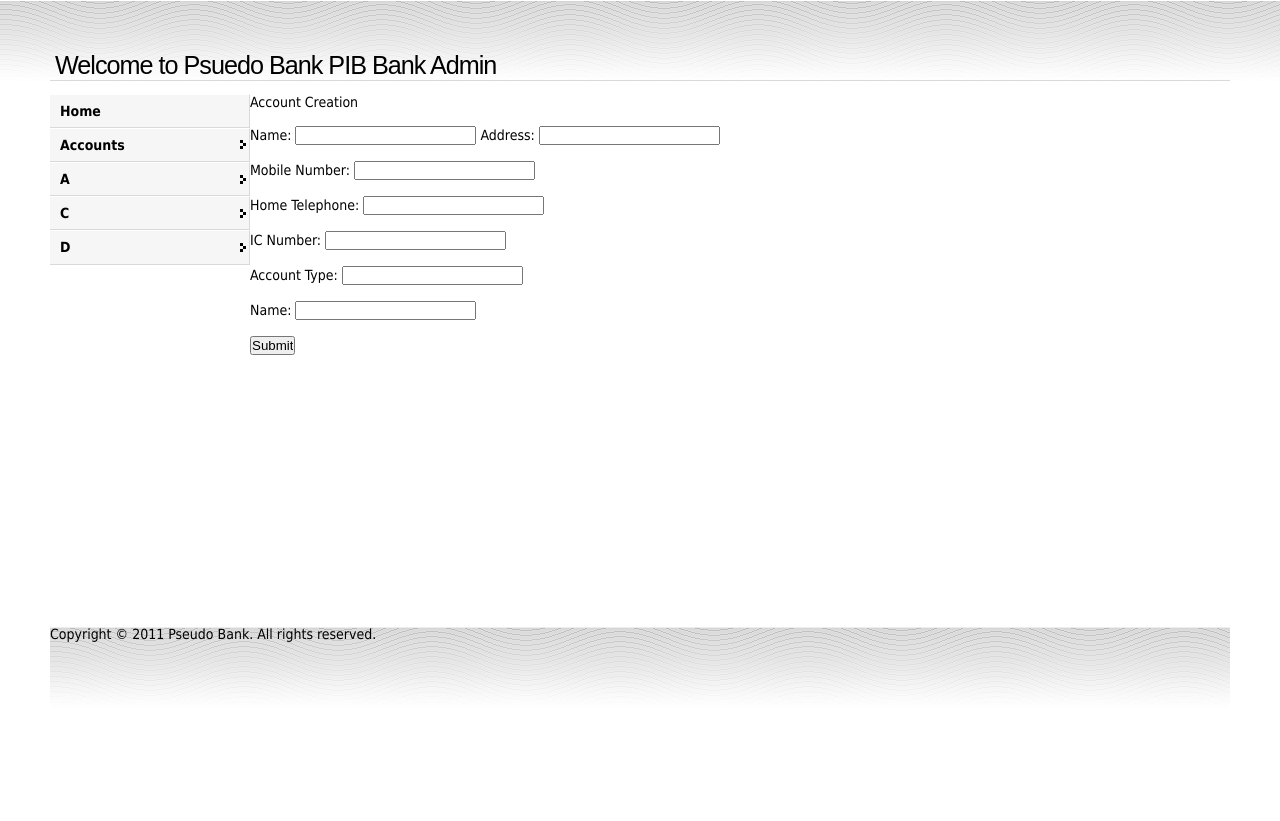
Repository: hareth12/Final-Year-Project
Page: http://localhost/bankAdmin/Account/accountCreation1.jsp
These files come from the project's save history. The page is drawn as it stood at one moment and after the next save; the edit follows.
The browser window is 1280 px wide. The pictures show the whole page.
The page is served by Tomcat 9. Other server files are loaded and not shown.

Above is the page before, as saved 2011-09-30 02:06:39.

### bankAdmin/WebContent/Account/accountCreation1.jsp
<!DOCTYPE html PUBLIC "-//W3C//DTD XHTML 1.0 Transitional//EN" "http://www.w3.org/TR/xhtml1/DTD/xhtml1-transitional.dtd">
<html xmlns="http://www.w3.org/1999/xhtml" xml:lang="en" lang="en">
<head>
<title>Psuedo Bank Personal Internal Banking</title>
<meta http-equiv="Content-Type" content="text/html; charset=utf-8" />
<meta name="author" content="Tom@Lwis (http://www.lwis.net/free-css-drop-down-menu/)" />
<meta name="keywords" content="css, dropdowns, dropdown menu, drop-down, menu, navigation, nav, horizontal, vertical left-to-right, vertical right-to-left, horizontal linear, horizontal upwards, cross browser, internet explorer, ie, firefox, safari, opera, browser, lwis" />
<meta name="description" content="Simple vertical left-to-right direction css drop-down menu demo using clean, standards-friendly, free, easy, cross browser framework for css drop-down menus" />
<link href="/pib/asset/secured/helper.css" media="screen" rel="stylesheet" type="text/css" />

<style type="text/css">

/* Layout */
@import "/pib/asset/secured/dropdown.css";
@import "/pib/asset/secured/dropdown.vertical.css";

/* Theme */
@import "/pib/asset/secured/default.css";

</style>


</head>
<body>
<div id="wrap">  <!-- This wrap div needs to encompass everything except the footer div at bottom -->
<h1>Welcome to Psuedo Bank PIB Bank Admin</h1>

<ul id="nav" class="dropdown dropdown-vertical">
    <li><a href="#">Home</a></li>
    <li class="dir">Accounts
        <ul>
            <li><a href="/bankAdmin/AccountCreation">Accounts Creation</a></li>
            <li><a href="#">Accounts Enquiry</a></li>
                <ul>
                    <li><a href="./">1</a></li>
                    <li><a href="./">2</a></li>
                    <li><a href="./">3</a></li>
                    <li><a href="./">4</a></li>
                    <li><a href="./">5</a></li>
                </ul>
            </li>
        </ul>
    </li>
    <li class="dir">A
        <ul>
            <li><a href="#">1</a></li>
            <li><a href="#">2</a></li>
            <li><a href="#">3</a></li>
        </ul>
    </li>
    <li class="dir">C
        <ul>
            <li><a href="./">1</a></li>
            <li><a href="./">2</a></li>
            <li><a href="./">3</a></li>
        </ul>
    </li>
    <li class="dir">D</a>
        <ul>
            <li><a href="./">1</a></li>
        </ul>
    </li>
</ul>
	<div id="main">
	Account Creation
	<br></br>

		<form name="input" action="html_form_action.asp" method="get">

		Name: <input type="text" name="user" />
		Address: <input type="text" name="user" /> <br></br>
		Mobile Number: <input type="text" name="user" /> <br></br>
		Home Telephone: <input type="text" name="user" /> <br></br>
		IC Number: <input type="text" name="user" /> <br></br>

		Account Type: <input type="text" name="user" /> <br></br>
		Name: <input type="text" name="user" /> <br></br>
		<input type="submit" value="Submit" />
		</td>
		</form>




	</div>

</div>

<div class="footer">
	<div id="foot"> <!-- this extra div is just centering the fixed width area of the footer content -->

    <p>Copyright &copy; 2011 Pseudo Bank. All rights reserved.</p>
    </div>
</div>

</body>


</html>

### bankAdmin/WebContent/asset/secured/helper.css

* {
 margin: 0;
 padding: 0;
}

body {
 padding: 50px;
 border-top: solid 1px #fff;
 background: #fff url(images/pattern1.png) 0 0 repeat-x;
 font: 14px/normal Tahoma, Arial, Helvetica, sans-serif;
}

html, body{height: 100%;}

#wrap {min-height: 80%;}

#main {overflow:auto;
    padding-bottom: 20%;}  /* must be same height as the footer */

footer {

 position: relative;
 margin-top: -20%;
 height: 20%;
 clear:both;
 text-align: center;
 width:100%;
}

/* Footer */
#footer {background: #444444 url('images/footer.gif') repeat-x;color:#ffffff;font-size:11px;font-family:Verdana, Arial, sans-serif}
#footer2 {background-color: #444444;color:#ffffff;font-size:11px;font-family:Verdana, Arial, sans-serif;height:140px}
#footer a, #footer2 a {color:#ffffff;text-decoration:underline}
#footer a:hover, #footer2 a:hover {color:#804249;text-decoration:underline}
#footer a:visited, #footer2 a:visited  {color:#ffffff;text-decoration:underline}
#footer p, #footer2 p {margin:0 0 15px 0}
#footer p.axe img, #footer2 p.axe img {margin-bottom:-7px}
#foot {width:100%;margin:0 auto;background: url('images/pattern1.png') repeat-x;height:140px;line-height:1.1em;padding: 0;}
#foot2 {width:800px;margin:0 auto;height:140px;line-height:1.1em;padding:0 10px 0 10px}
#foot #left {width:400px;float:left;padding-top:72px}
#foot #right {width:250px;float:right;text-align:right;padding-top:72px}
#foot2 #left {width:450px;float:left;padding-top:45px}
#foot2 #right {width:250px;float:right;text-align:right;padding-top:45px}

.clearfix:after {content: ".";display: block;height: 0;clear: both;visibility: hidden}
.clearfix {display: inline-block}
* html .clearfix {height: 1%}
.clearfix {display: block}


p { margin-bottom: 1em; }

ul.classic {
 list-style: disc;
 margin-bottom: 1em;
 padding-left: 2em;
}

h1,h2,h3 {
 margin-bottom: .5em;
 font-family: Arial, Helvetica, sans-serif;
 line-height: normal;
}

h1 {
 border-bottom: solid 1px #d9d9d9;
 font-weight: normal;
 font-size: 180%;
 text-indent: 5px;
 letter-spacing: -1px;
}

.dropdown-upward {
 margin-top: 400px !important;
}

### bankAdmin/WebContent/asset/secured/dropdown.css
@charset "UTF-8";

/**
 * Horizontal CSS Drop-Down Menu Module
 *
 * @file        dropdown.css
 * @package     Dropdown
 * @version     0.7.1
 * @type        Transitional
 * @stacks      597-599
 * @browsers    Windows: IE6+, Opera7+, Firefox1+
 *              Mac OS: Safari2+, Firefox2+
 *
 * @link        http://www.lwis.net/
 * @copyright   2006-2008 Live Web Institute. All Rights Reserved.
 *
 */

ul.dropdown,
ul.dropdown li,
ul.dropdown ul {
 list-style: none;
 margin: 0;
 padding: 0;
}

ul.dropdown {
 position: relative;
 z-index: 597;
 float: left;
}

ul.dropdown li {
 float: left;
 line-height: 1.3em;
 vertical-align: middle;
 zoom: 1;
}

ul.dropdown li.hover,
ul.dropdown li:hover {
 position: relative;
 z-index: 599;
 cursor: default;
}

ul.dropdown ul {
 visibility: hidden;
 position: absolute;
 top: 100%;
 left: 0;
 z-index: 598;
 width: 100%;
}

ul.dropdown ul li {
 float: none;
}

ul.dropdown ul ul {
 top: 1px;
 left: 99%;
}

ul.dropdown li:hover > ul {
 visibility: visible;
}

### bankAdmin/WebContent/asset/secured/dropdown.vertical.css
@charset "UTF-8";

/**
 * Vertical Left-to-Right Direction CSS Drop-Down Menu Component
 *
 * @file		dropdown.vertical.css
 * @package		Dropdown
 * @version		0.3
 * @type		Transitional
 * @requires	dropdown.css
 * @browsers	Windows: IE5+, Opera7+, Firefox1+
 *				Mac OS: Safari2+, Firefox2+
 *
 * @link		http://www.lwis.net/
 * @copyright	2006-2008 Live Web Institute. All Rights Reserved.
 *
 */

@import "dropdown.css";

ul.dropdown-vertical {
 width: 200px;
}

ul.dropdown-vertical ul {
 top: 1px;
 left: 99%;
}

ul.dropdown-vertical li {
 float: none;
}

### bankAdmin/WebContent/asset/secured/default.css
@charset "UTF-8";

/**
 * Default CSS Drop-Down Menu Theme
 *
 * @file		default.css
 * @name		Default
 * @version		0.1.1
 * @type		transitional
 * @browsers	Windows: IE5+, Opera7+, Firefox1+
 *				Mac OS: Safari2+, Firefox2+
 *
 * @link		http://www.lwis.net/
 * @copyright	2008 Live Web Institute. All Rights Reserved.
 *
 * Module Classes: *.dir {} *.on {} *.open {} li.hover {} li.first {} li.last {}
 * Expected directory tag - li
 *
 */


/*-------------------------------------------------/
 * @section		Base Drop-Down Styling
 * @structure	ul (unordered list)
 *				ul li (list item)
 *				ul li a (links)
 *				/*\.class|(li|a):hover/
 * @level sep	ul
 */


ul.dropdown {
 font-weight: bold;
}

	ul.dropdown li {
	 padding: 7px 10px;
	 border-style: solid;
	 border-width: 1px 1px 1px 0;
	 border-color: #fff #d9d9d9 #d9d9d9;
	 background-color: #f6f6f6;
	 color: #000;
	}

	ul.dropdown li.hover,
	ul.dropdown li:hover {
	 background-color: #eee;
	 color: #000;
	}

	ul.dropdown a:link,
	ul.dropdown a:visited	{ color: #000; text-decoration: none; }
	ul.dropdown a:hover		{ color: #000; }
	ul.dropdown a:active	{ color: #ffa500; }


	/* -- level mark -- */

	ul.dropdown ul {
	 width: 150px;
	 margin-top: 1px;
	}

		ul.dropdown ul li {
		 font-weight: normal;
		}



/*-------------------------------------------------/
 * @section		Support Class `dir`
 * @level sep	ul, .class
 */


ul.dropdown *.dir {
 padding-right: 20px;
 background-image: url(../secured/images/nav-arrow-down.png);
 background-position: 100% 50%;
 background-repeat: no-repeat;
}


/* -- Components override -- */

ul.dropdown-horizontal ul *.dir {
 padding-right: 15px;
 background-image: url(../secured/images/nav-arrow-right.png);
 background-position: 100% 50%;
 background-repeat: no-repeat;
}

ul.dropdown-upward *.dir {
 background-image: url(../secured/images/nav-arrow-top.png);
}

ul.dropdown-vertical *.dir,
ul.dropdown-upward ul *.dir {
 background-image: url(../secured/images/nav-arrow-right.png);
}

ul.dropdown-vertical-rtl *.dir {
 padding-right: 10px;
 padding-left: 15px;
 background-image: url(../secured/images/nav-arrow-left.png);
 background-position: 0 50%;
}

After the next save:
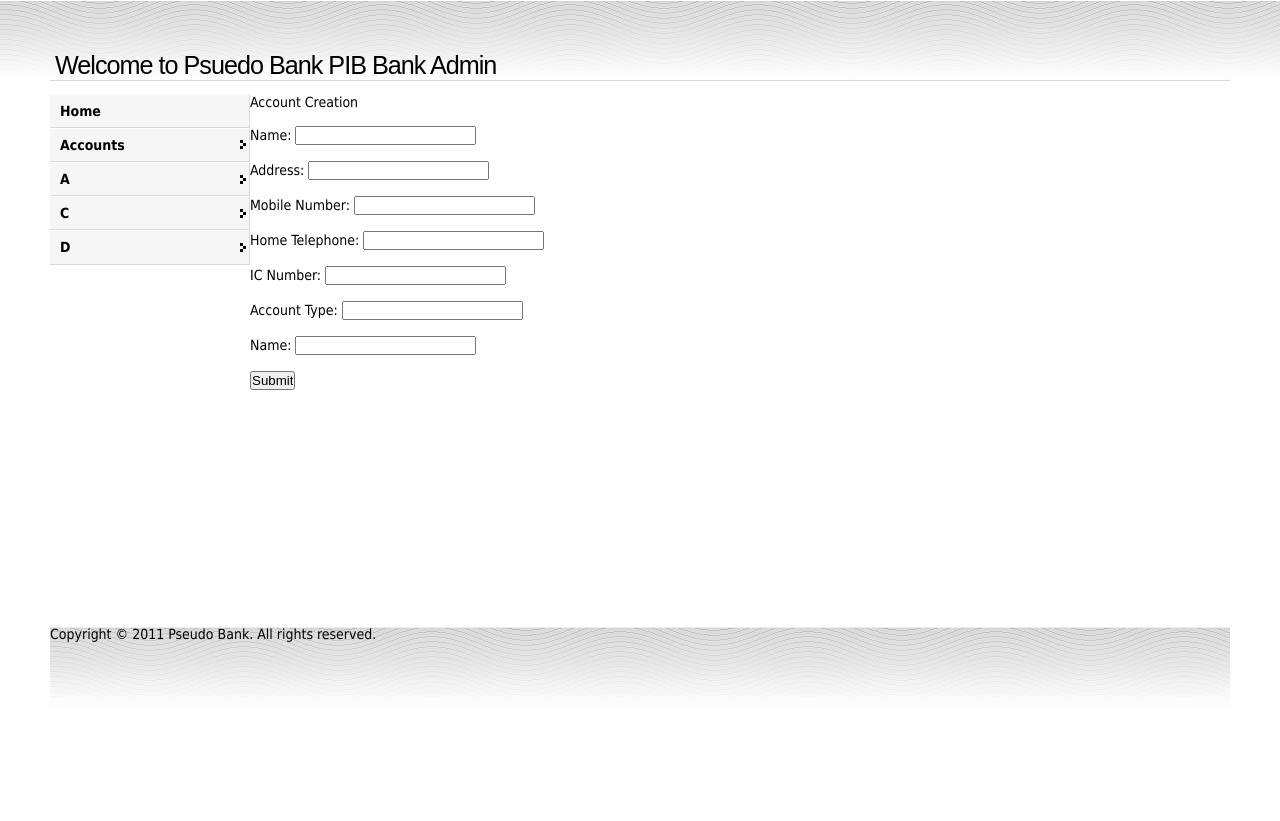
Saved 7 s later.
--- a/bankAdmin/WebContent/Account/accountCreation1.jsp
+++ b/bankAdmin/WebContent/Account/accountCreation1.jsp
@@ -67,7 +67,7 @@
 
 		<form name="input" action="html_form_action.asp" method="get">
 
-		Name: <input type="text" name="user" />
+		Name: <input type="text" name="user" />  <br></br>
 		Address: <input type="text" name="user" /> <br></br>
 		Mobile Number: <input type="text" name="user" /> <br></br>
 		Home Telephone: <input type="text" name="user" /> <br></br>

After the 4 saves that followed:
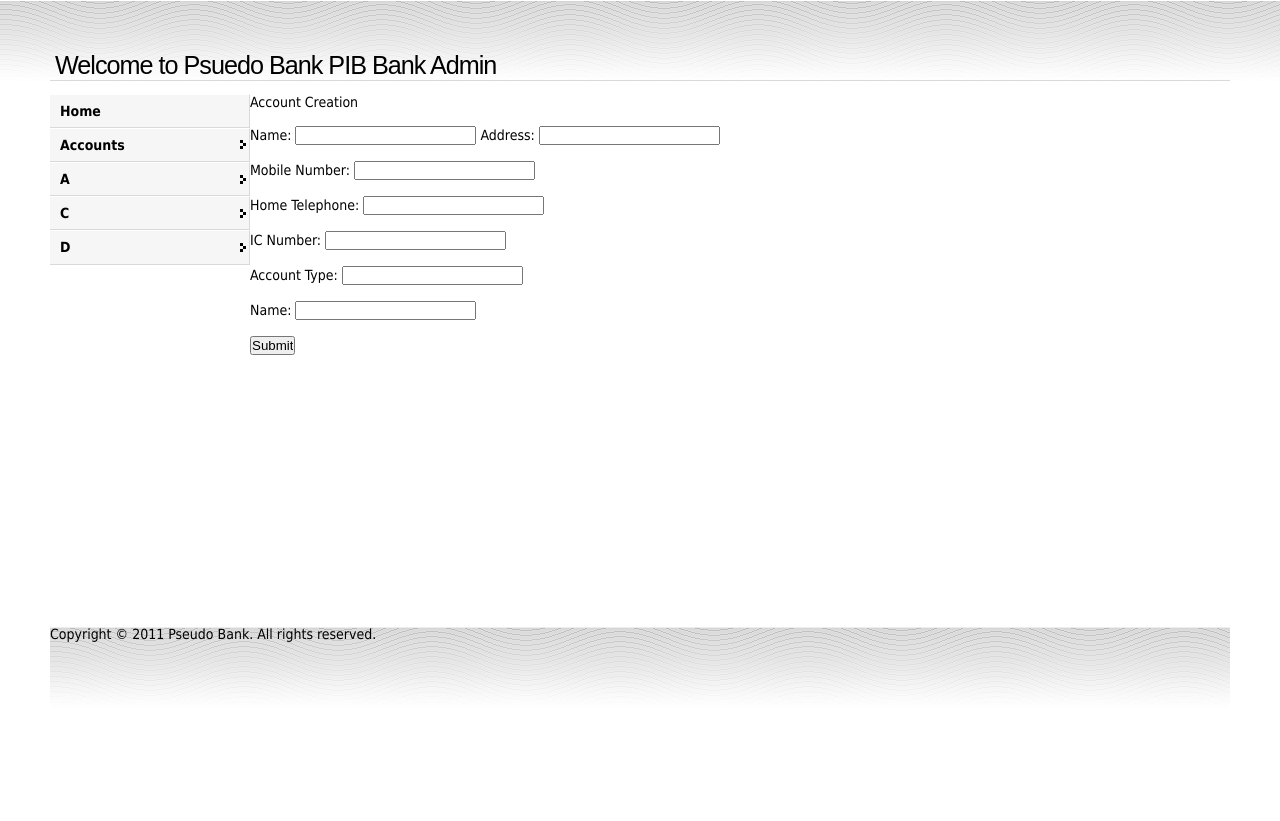
The 4 saves are shown as one change because 3 left the picture as it was.
The last was saved 2 min 18 s later.
--- a/bankAdmin/WebContent/Account/accountCreation1.jsp
+++ b/bankAdmin/WebContent/Account/accountCreation1.jsp
@@ -66,8 +66,8 @@
 	<br></br>
 
 		<form name="input" action="html_form_action.asp" method="get">
-
-		Name: <input type="text" name="user" />  <br></br>
+		<tr>
+		<td>Name: </td><td> <input type="text" name="user" />   </td>
 		Address: <input type="text" name="user" /> <br></br>
 		Mobile Number: <input type="text" name="user" /> <br></br>
 		Home Telephone: <input type="text" name="user" /> <br></br>
@@ -76,7 +76,7 @@
 		Account Type: <input type="text" name="user" /> <br></br>
 		Name: <input type="text" name="user" /> <br></br>
 		<input type="submit" value="Submit" />
-		</td>
+		</tr>
 		</form>
 
 
